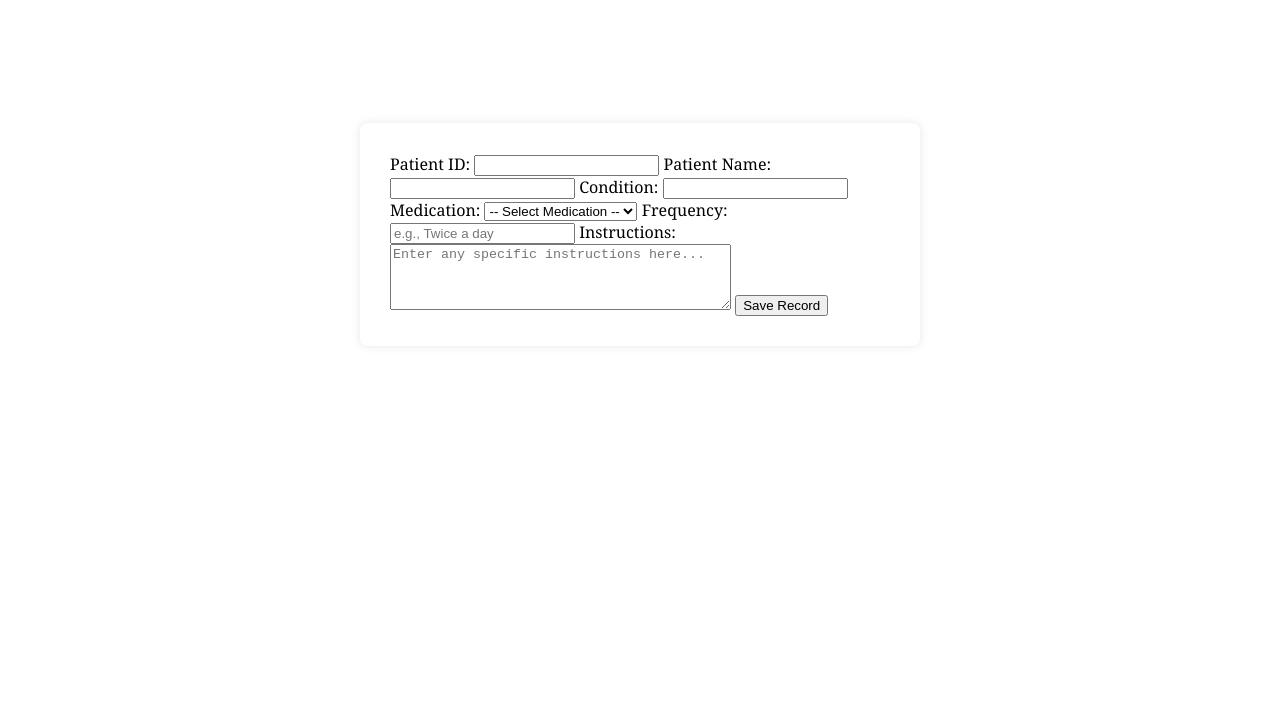
Repository: BinuriJ/HospitalSystem
Page: http://localhost/CyborgSys/DocDashCreate.jsp
An editor plug-in stored every save of this project. The page is shown before and after the next save, followed by the edit.
The browser window is 1280 px wide. The pictures show the whole page.
The page is served by Tomcat 9.

Above is the page before, as saved 2025-05-10 05:45:10.

### CyborgSys/WebContent/DocDashCreate.jsp
<%@ page language="java" contentType="text/html; charset=UTF-8"
    pageEncoding="UTF-8"%>
<!DOCTYPE html>
<%@ include file="DocterDashboardstyles.jsp" %>
<html>
<head>
<meta charset="UTF-8">
<title>Create new record</title>
</head>
<body>

    <meta charset="UTF-8">
    <title>Create New Patient Record</title>
</head>
<body>

<h2>Create New Patient Record</h2>

<form action="submitRecord.jsp" method="post">
    <label for="patientId">Patient ID:</label>
    <input type="text" id="patientId" name="patientId" required>

    <label for="patientName">Patient Name:</label>
    <input type="text" id="patientName" name="patientName" required>

    <label for="condition">Condition:</label>
    <input type="text" id="condition" name="condition" required>

    <label for="medication">Medication:</label>
    <select id="medication" name="medication" required>
        <option value="">-- Select Medication --</option>
        <option value="Paracetamol">Paracetamol</option>
        <option value="Ibuprofen">Ibuprofen</option>
        <option value="Amoxicillin">Amoxicillin</option>
        <option value="Azithromycin">Azithromycin</option>
    </select>

    <label for="frequency">Frequency:</label>
    <input type="text" id="frequency" name="frequency" placeholder="e.g., Twice a day" required>

    <label for="instructions">Instructions:</label>
    <textarea id="instructions" name="instructions" rows="4" cols="40" placeholder="Enter any specific instructions here..."></textarea>

    <button type="submit">Save Record</button>
</form>


</body>
</html>

### CyborgSys/WebContent/DocterDashboardstyles.jsp
<style>
body {
    font-family: Cambria, sans-serif;
    padding: 40px;
    margin: 0;
    background-color: white;
}

.top-bar {
    background-color: darkblue;
    color: white;
    padding: 15px 20px;
    display: flex;
    justify-content: space-between;
    align-items: center;
}

.container {
    padding: 20px;
}

.header {
    display: flex;
    justify-content: space-between;
    align-items: center;
    margin-bottom: 20px;
}

.btn {
    padding: 10px 16px;
    border: none;
    border-radius: 4px;
    cursor: pointer;
    font-size: 14px;
}

.btn-create {
    background-color: green;
    color: white;
}

.btn-create:hover {
    background-color: darkgreen;
}

.btn-edit {
    background-color: green;
    color: white;
}

.btn-edit:hover {
    background-color: darkgreen;
}

.btn-delete {
    background-color: red;
    color: white;
}

.btn-delete:hover {
    background-color: darkred;
}


table {
    width: 100%;
    border-collapse: collapse;
    background-color: white;
}

th, td {
    border: 1px solid #ddd;
    padding: 12px;
    text-align: center;
}

th {
    background-color: #f2f2f2;
}

.actions {
    display: flex;
    gap: 10px;
}

h2 {
    text-align: center;
    margin-bottom: 30px;
    color: white;
}

form {
    max-width: 500px;
    margin: 0 auto;
    background-color: white;
    padding: 30px;
    border-radius: 8px;
    box-shadow: 0 0 10px rgba(0,0,0,0.1);
}










</style>

After the next save:
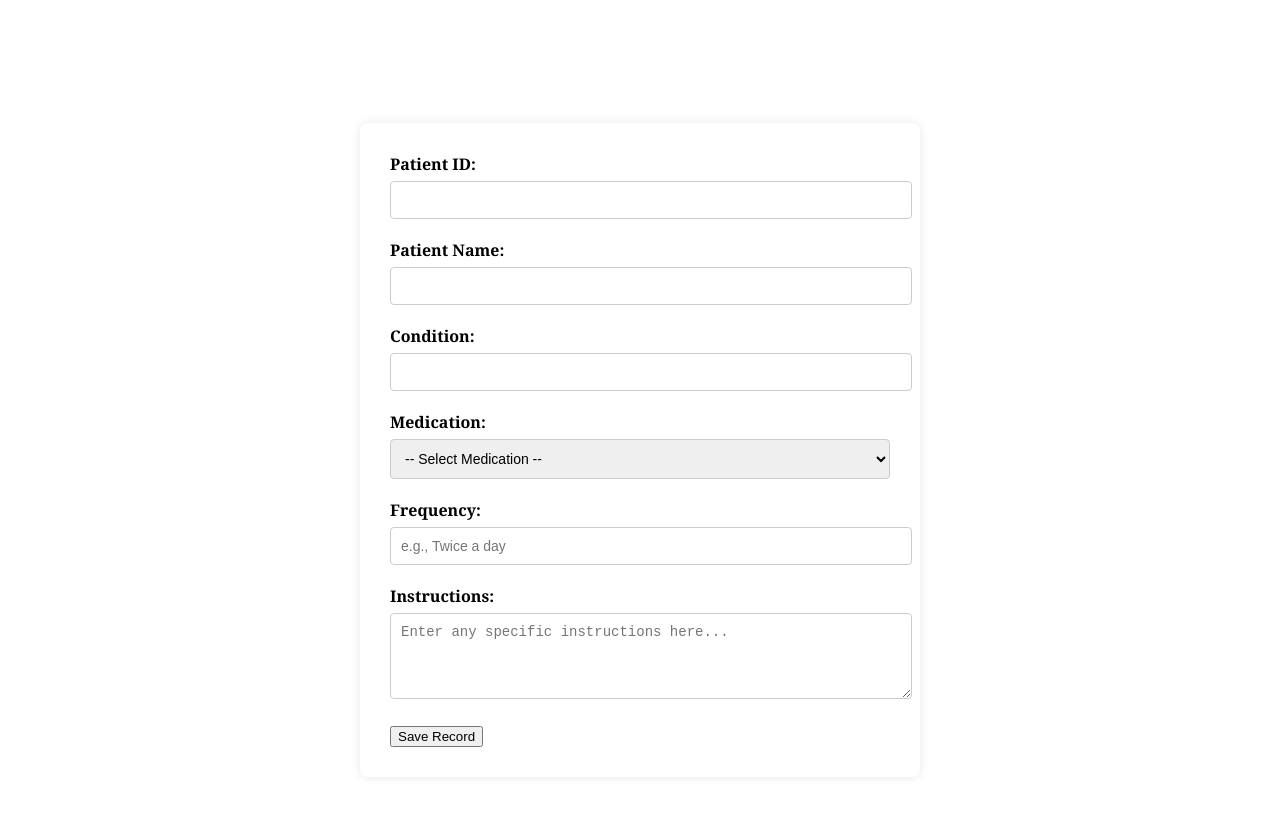
Saved 48 s later.
--- a/CyborgSys/WebContent/DocterDashboardstyles.jsp
+++ b/CyborgSys/WebContent/DocterDashboardstyles.jsp
@@ -98,7 +98,27 @@ form {
     box-shadow: 0 0 10px rgba(0,0,0,0.1);
 }
 
+label {
+    display: block;
+    margin-bottom: 6px;
+    font-weight: bold;
+    color: black;
+}
 
+input[type="text"],
+select,
+textarea {
+    width: 100%;
+    padding: 10px;
+    margin-bottom: 20px;
+    border: 1px solid #ccc;
+    border-radius: 4px;
+    font-size: 14px;
+}
+
+textarea {
+    resize: vertical;
+}
 
 
 
